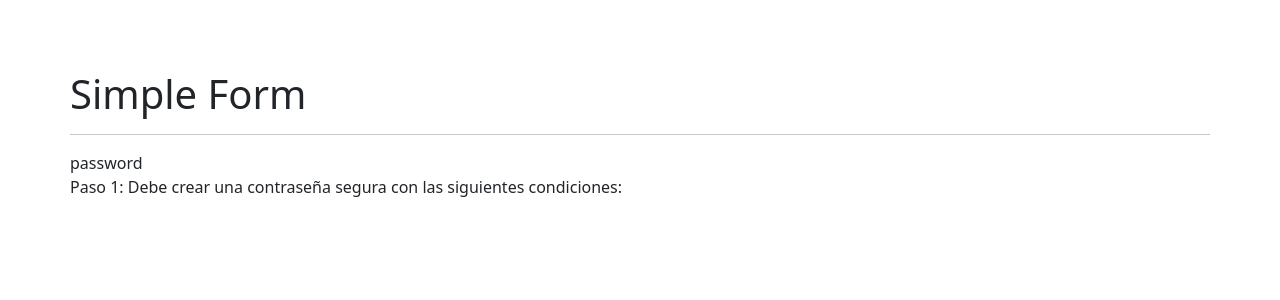
Repository: ppfeliuu/hooks-app
Page: /
An editor plug-in stored every save of this project. The page is shown before and after the next save, followed by the edit.
The browser window is 1280 px wide. The pictures show the whole page.
The project was rebuilt for these pictures with package versions that can differ from the ones it lists, and the page was loaded fresh each time. Also part of the build but not shown: src/components/01-useState/CounterApp.js, src/hooks/useCounter.js, src/components/01-useState/CounterWithCustomHook.js, src/HookApp.js.

Above is the page before, as saved 2021-05-28 11:24:23.

After the next save:
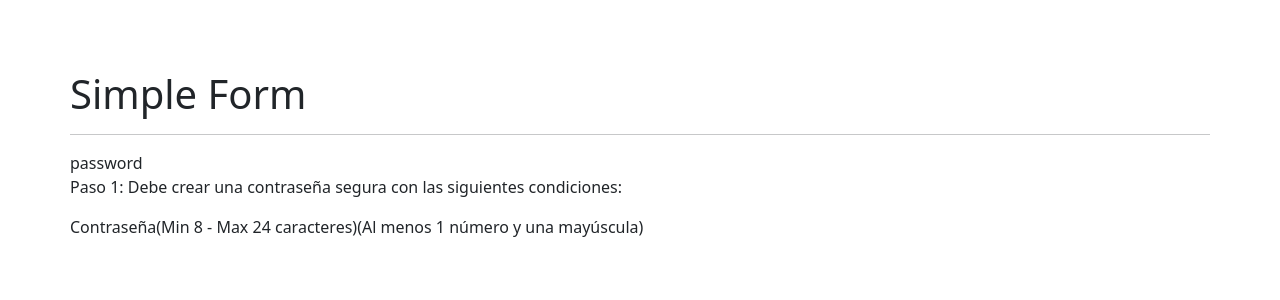
Saved 24 s later.
--- a/src/components/02-useEffect/SimpleForm.js
+++ b/src/components/02-useEffect/SimpleForm.js
@@ -6,11 +6,15 @@ export const SimpleForm = () => {
     <>
       <h1>Simple Form</h1>
       <hr />
-      <span class="material-icons">
-password
-</span>
+      <span class="material-icons">password</span>
 
-<p>Paso 1: Debe crear una contraseña segura con las siguientes condiciones:</p>
+      <p>
+        Paso 1: Debe crear una contraseña segura con las siguientes condiciones:
+      </p>
+
+      <p>
+        Contraseña(Min 8 - Max 24 caracteres)(Al menos 1 número y una mayúscula)
+      </p>
     </>
   );
 };
